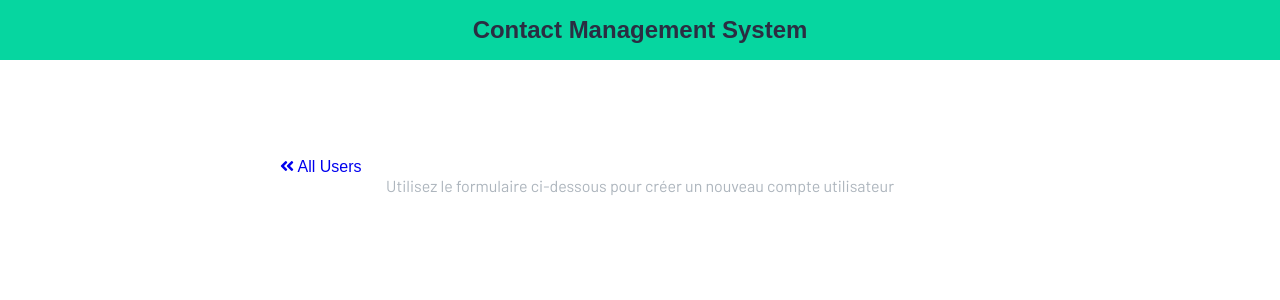
Repository: mohamed-makrani/Global_Development_Service_DBMS
Page: DBMS/views/add_user.html
These files come from the project's save history. The page is drawn as it stood at one moment and after the next save; the edit follows.
The browser window is 1280 px wide. The pictures show the whole page.
Some web fonts or font styles are not loaded; a fallback is used.

Above is the page before, as saved 2024-04-22 18:36:02.

### DBMS/views/add_user.html
<!DOCTYPE html>
<html lang="en">
<head>
    <meta charset="UTF-8">
    <meta name="viewport" content="width=device-width, initial-scale=1.0">
    <title>Management System</title>

    <link rel="stylesheet" href="https://cdnjs.cloudflare.com/ajax/libs/font-awesome/5.15.1/css/all.min.css" integrity="sha512-+4zCK9k+qNFUR5X+cKL9EIR+ZOhtIloNl9GIKS57V1MyNsYpYcUrUeQc9vNfzsWfV28IaLL3i96P9sdNyeRssA==" crossorigin="anonymous" />
    <link rel="stylesheet" href="../assets/css/style.css">
</head>
<body>

    <!-- Header -->
        <header id="header">
            <nav>
                <div class="container">
                    <div class="text-center">
                        <a href="/" class="nav-brand text-dark"> Contact Management System </a>
                    </div>
                </div>
            </nav>
        </header>
    <!-- /Header -->
        <!-- Main Site -->
        <main id="site-main">
            <div class="container">
                <div class="box-nav d-flex justify-between">

                    <div class="filter">
                        <a href="/"><i class="fas fa-angle-double-left"></i> All Users</a>
                    </div>
                </div>

                <div class="form-title text-center">
                    <h2 class="text-dark"></h2>
                    <span class="text-light">Utilisez le formulaire ci-dessous pour créer un nouveau compte utilisateur</span>
                </div>

                <!-- form handling -->
                <form method="POST" id="update_user">

                </form>
            </div>
        </main>
    <!-- /Main Site -->

### DBMS/assets/css/style.css
@import url('https://fonts.googleapis.com/css2?family=Barlow&family=PT+Sans&display=swap');

:root {
    --dark: #2b2d42;
    --light: #adb5bd;
    --border: #dee2e6;
    --border-btn: #edf2f4;
}

* {
    padding: 0;
    margin: 0;
    box-sizing: border-box;
}

a {
    text-decoration: none;
    font-family: 'PT Sans', sans-serif;
}

.container {
    max-width: 720px;
    margin: auto;
}

.nav-brand {
    font-size: 1.5em;
    font-weight: bold;
}

.d-flex {
    display: flex;
    flex-wrap: wrap;
}

.justify-between {
    justify-content: space-between;
}

.text-center {
    text-align: center;
}

.border-shadow {
    border: 1px solid var(--border-btn);
    box-shadow: 1px 3px 10px #e9ecef;
}

.text-dark {
    color: var(--dark);
}

.inline {
    display: inline-block;
}

.text-light {
    color: var(--light);
}

.text-gradient {
    background: linear-gradient(to right, #8e2de2, #4a00e0);
    -webkit-background-clip: text;
    background-clip: text;
    -webkit-text-fill-color: transparent;
}

#header nav {
    background-color: #06d6a0;
    padding: 1em 0;
    width: 100%;
}

#site-main {
    margin-top: 6em;
    font-family: 'Barlow', sans-serif;
}

#site-main .container .box-nav > a {
    font-size: 1em;
    padding: .5em 1em;
}

#site-main .container form {
    margin: 2em 0;
}

table {
    border-spacing: 0px;
    width: 100%;
}

.table td,
.table th {
    padding: 1.5em; /* Adjust padding to add space */
    vertical-align: top;
    text-align: center;
    border-top: 1px solid var(--border);
}

.table td > a.btn {
    display: inline-block;
    vertical-align: middle;
    margin-right: 0.2em;
}

.table tr {
    height: 3em;
}

.table tr:hover {
    background-color: #06d6a0;
}

.table tr:hover td > a {
    box-shadow: none;
}

.table .thead-dark th {
    color: #fff;
    background-color: var(--dark);
    border-color: #32383e;
}

@media only screen and (max-width: 1024px) {
    table,
    thead,
    tbody,
    th,
    td,
    tr {
        display: block;
    }

    thead tr {
        position: absolute;
        top: -9999px;
        left: -9999px;
    }

    tr {
        border: 1px solid var(--border);
    }

    td {
        border: none;
        position: relative;
    }
}

After the next save:
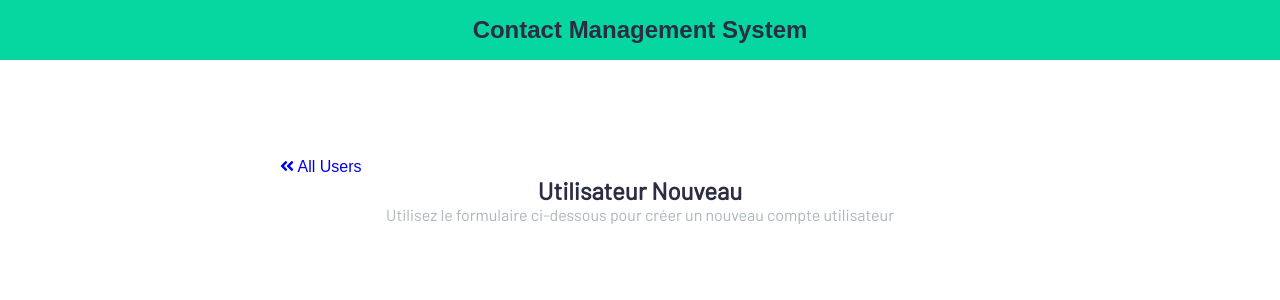
Saved 27 s later.
--- a/DBMS/views/add_user.html
+++ b/DBMS/views/add_user.html
@@ -32,7 +32,7 @@
                 </div>
 
                 <div class="form-title text-center">
-                    <h2 class="text-dark"></h2>
+                    <h2 class="text-dark">Utilisateur Nouveau</h2>
                     <span class="text-light">Utilisez le formulaire ci-dessous pour créer un nouveau compte utilisateur</span>
                 </div>
 
